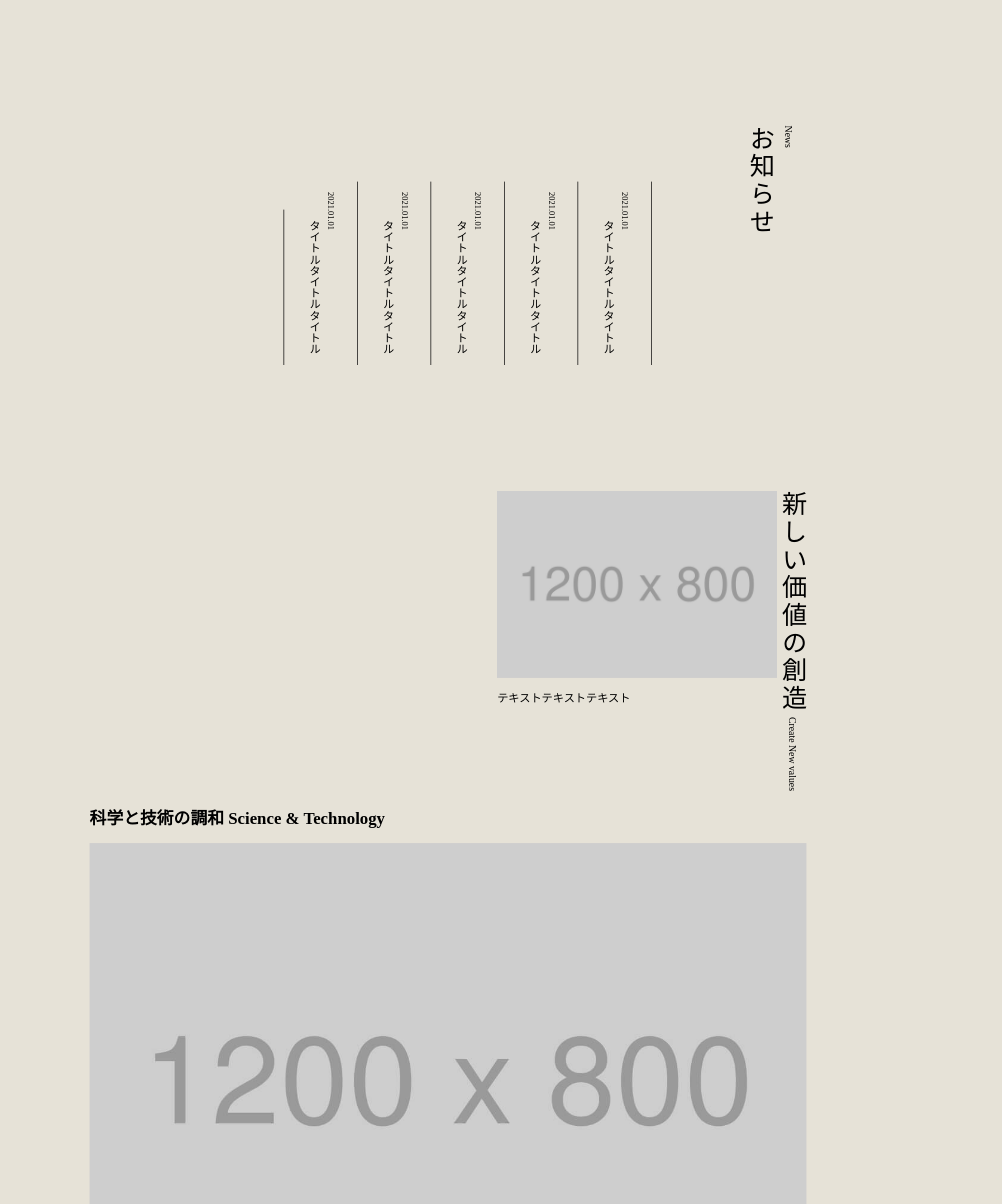
Repository: Fuki-san/wagashi
Page: http://localhost/wagashi
An editor plug-in stored every save of this project. The page is shown before and after the next save, followed by the edit.
The browser window is 1280 px wide. The page is 1432 px wide, so the pictures cover 1432 px, including what lies to the right of the window. The pictures show the part of the page from y = 848 to 2568 px (the page is 3636 px tall), at 70% of full size.
The page is served by the project's Laravel application, run on PHP 8.4 with Laravel 10.

Above is the page before, as saved 2023-12-09 16:22:06.

After the next save:
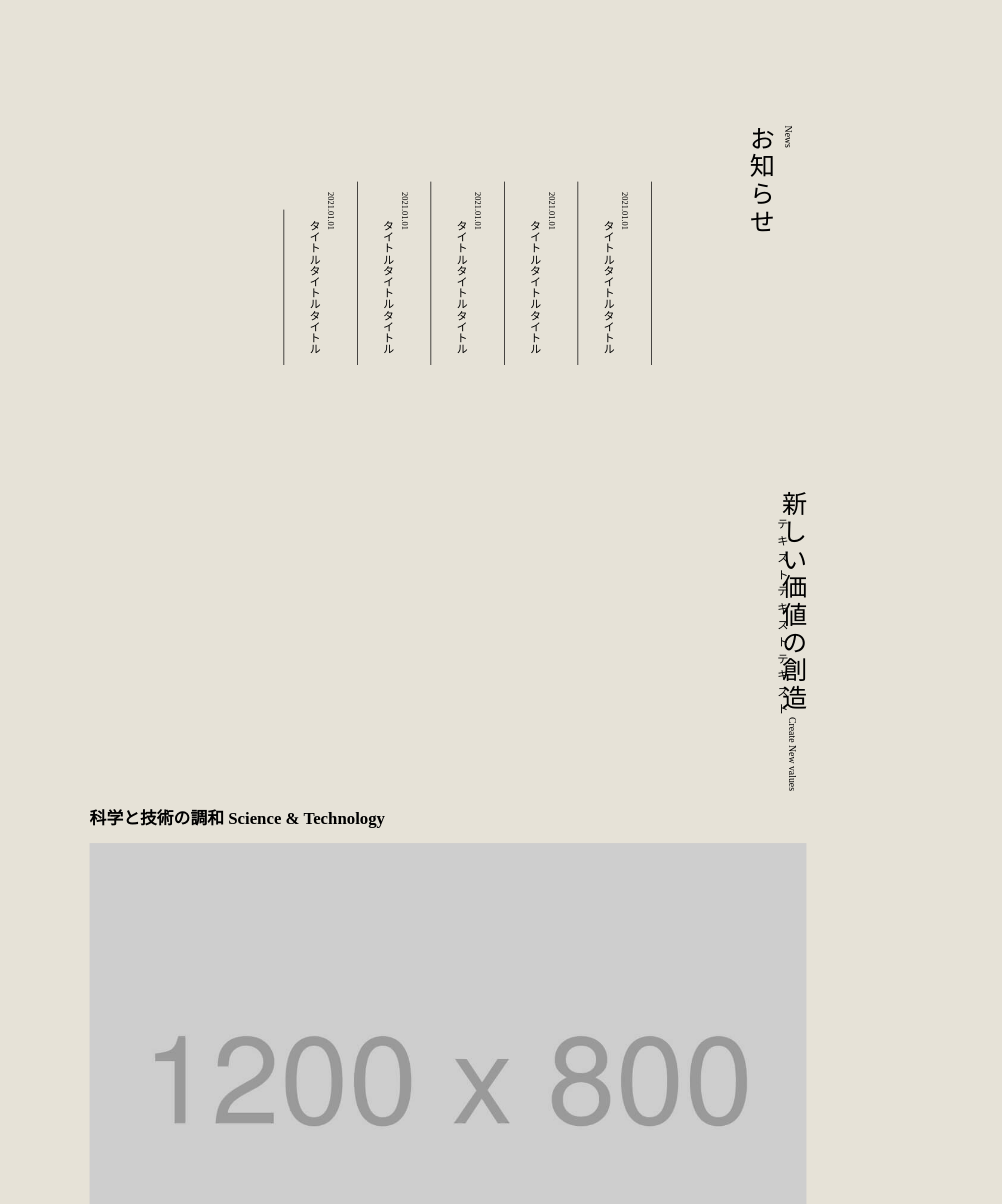
Saved 13 s later.
--- a/public/css/style.css
+++ b/public/css/style.css
@@ -144,5 +144,5 @@ li{
     font-size: 0.875rem;
 }
 #products1 .img{
-    width: 400px;
+    width: 00px;
 }
